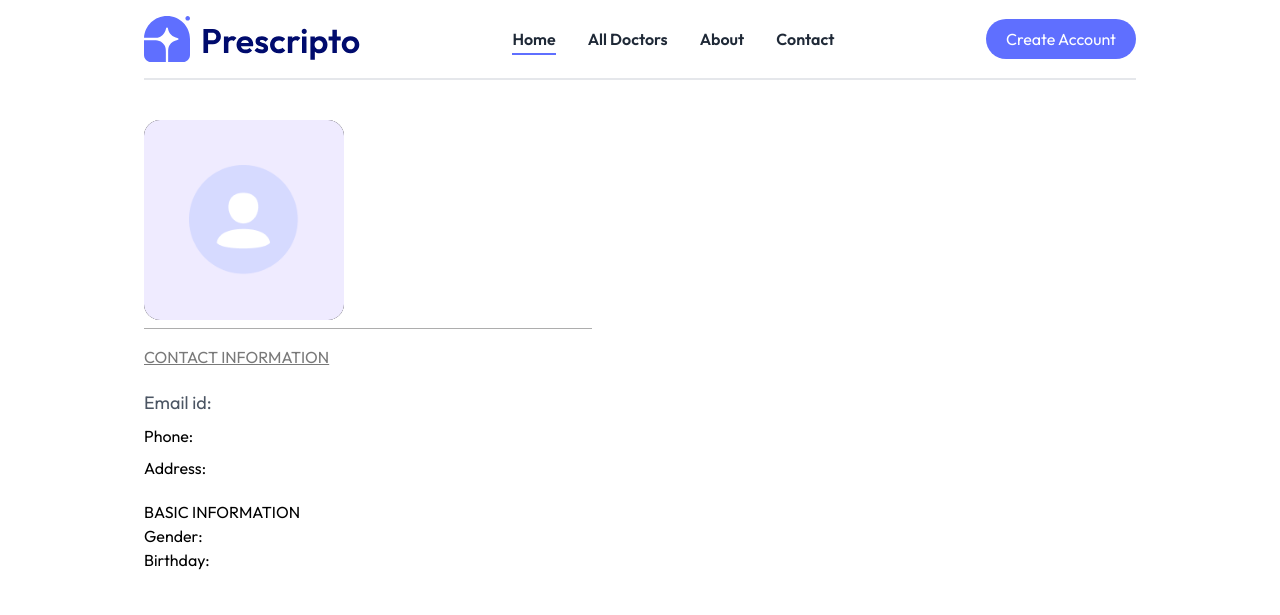
Repository: AzizHamdi99/Prescripto
Page: /profil (app in frontend/)
An editor plug-in stored every save of this project. The page is shown before and after the next save, followed by the edit.
The browser window is 1280 px wide. The pictures show the whole page.
The page's requests for data from a server got no answer. The project was rebuilt for these pictures with package versions that can differ from the ones it lists, and the page was loaded fresh each time. No one was signed in, and anything a server would have sent is missing. Also part of the build but not shown: frontend/vite.config.js, frontend/src/components/Hero.jsx, frontend/src/components/Speciality.jsx, frontend/src/components/DoctorCard.jsx, frontend/src/components/TopDoctors.jsx, frontend/src/components/Banner.jsx, frontend/src/components/Footer.jsx, frontend/src/pages/Home.jsx and 7 more.

Above is the page before, as saved 2025-01-15 18:43:17.

After the next save:
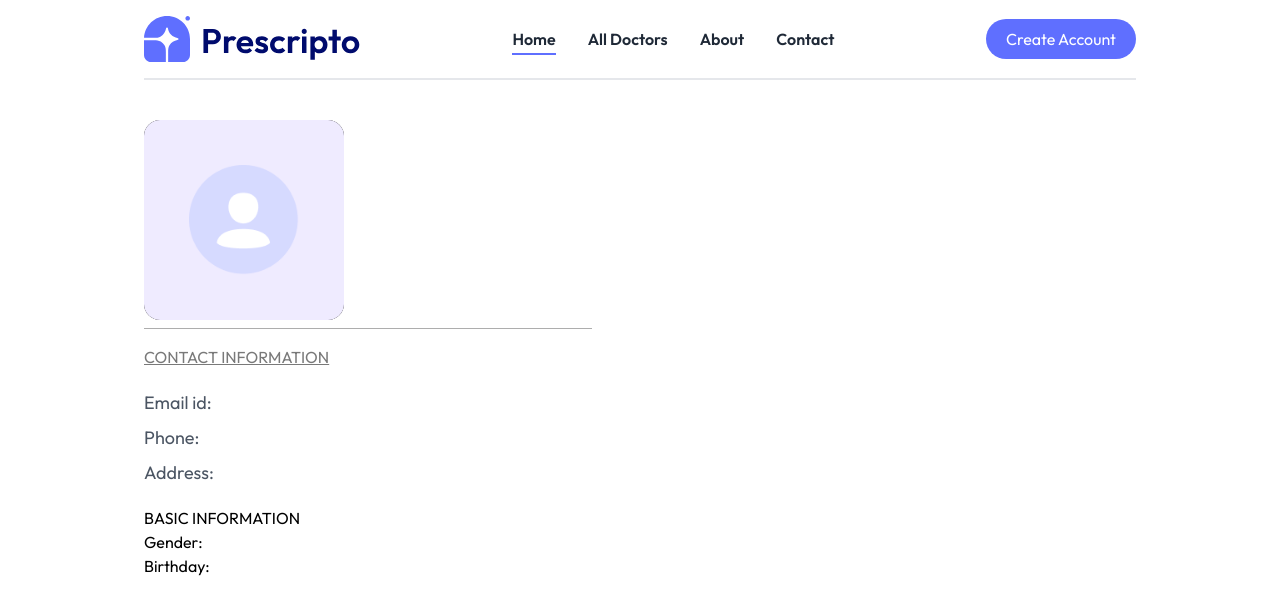
Saved 26 s later.
--- a/frontend/src/pages/Profile.jsx
+++ b/frontend/src/pages/Profile.jsx
@@ -51,8 +51,8 @@
     <div className="h-[1px] w-[40%] my-2 mb-4 bg-[#ADADAD]"></div>
       <p className="text-[16px] text-[#797979] underline font[400]">CONTACT INFORMATION</p>
       <div className="flex gap-7 my-5">
-        <div className="flex flex-col gap-2">
-          <p className="text-[18px] text-[#4B5563] font-[400]">Email id:</p>
+        <div className="text-[18px] text-[#4B5563] font-[400] flex flex-col gap-2">
+          <p >Email id:</p>
           <p>Phone:</p>
           <p>Address:</p>
         </div>
